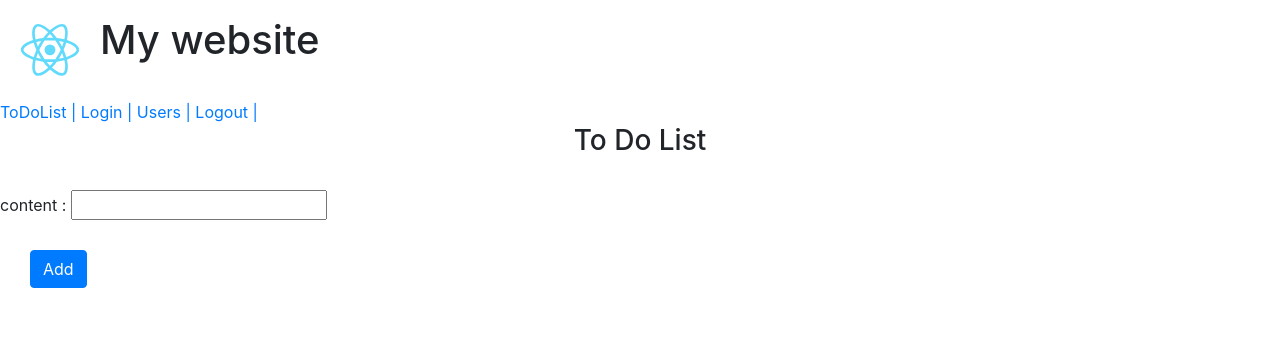
Repository: Marwa-Medhat/ReactJS-Labs
Page: /todolist (app in myapp/)
The author's editor kept a copy of each file at every save. The page is drawn from the files as they stood at one save, then again after the next save.
The browser window is 1280 px wide. The pictures show the whole page.
The project was rebuilt for these pictures with package versions that can differ from the ones it lists, and the page was loaded fresh each time.

Above is the page before, as saved 2021-04-30 01:29:53.

After the next save:
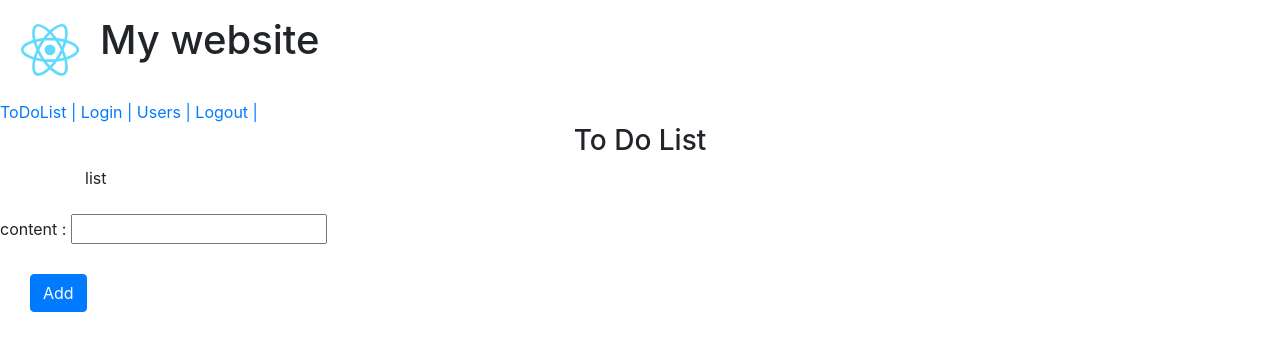
Saved 9 min 13 s later.
--- a/myapp/src/todo.js
+++ b/myapp/src/todo.js
@@ -278,7 +278,7 @@
     <button onClick={()=>{this.props.deleteContent(index)}}  className="btn btn-danger" ><i className="fa fa-times btn-danger" ></i></button>
     </div>
             )})
-        return list
+        return <div>list</div>
         }
     }
 

After the save that followed:
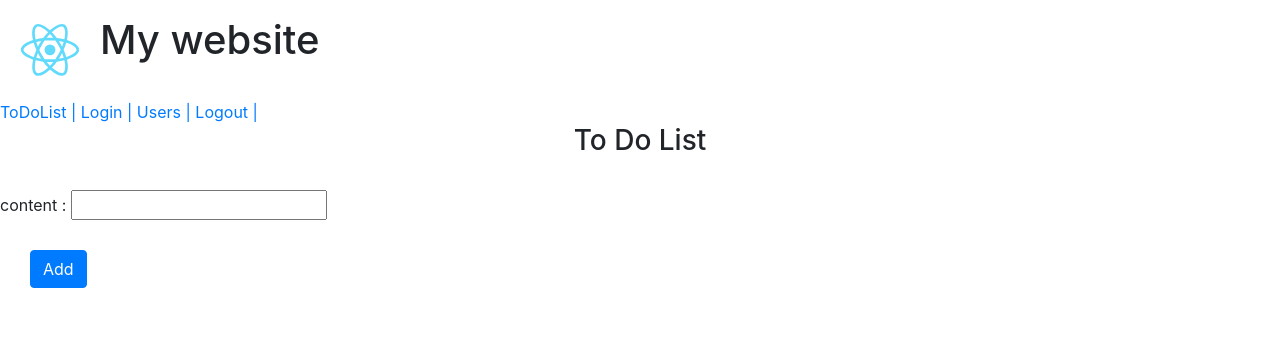
Saved 11 s later.
--- a/myapp/src/todo.js
+++ b/myapp/src/todo.js
@@ -278,7 +278,7 @@
     <button onClick={()=>{this.props.deleteContent(index)}}  className="btn btn-danger" ><i className="fa fa-times btn-danger" ></i></button>
     </div>
             )})
-        return <div>list</div>
+        return <div>{list}</div>
         }
     }
 
